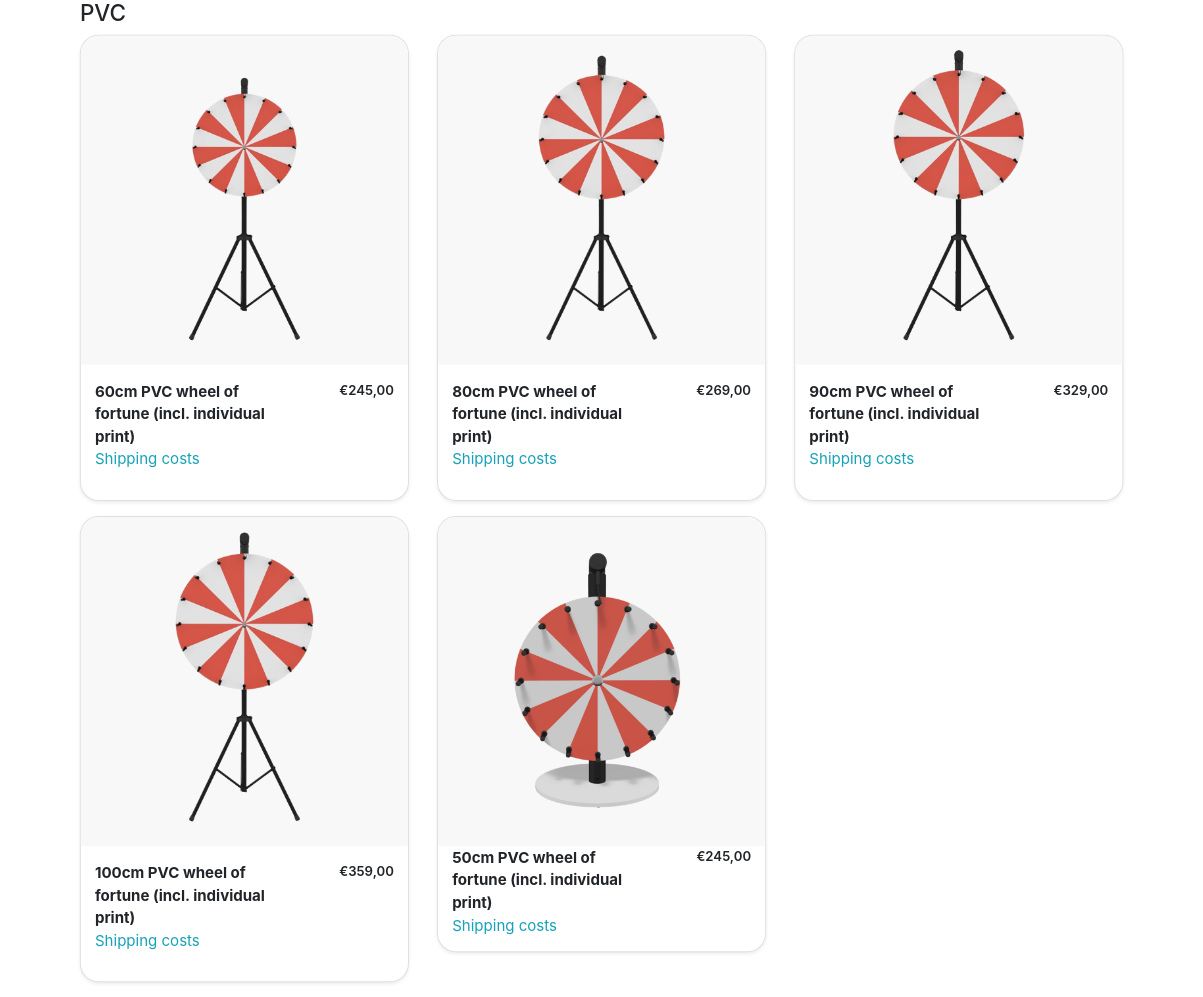
Repository: Awaisp-irfan/fahad-project
Page: pvc.html
These files come from the project's save history. The page is drawn as it stood at one moment and after the next save; the edit follows.
The browser window is 1280 px wide. The pictures show the whole page, at 94% of full size.

Above is the page before, as saved 2022-07-01 02:27:24.

### pvc.html
<!DOCTYPE html>
<html lang="en">
  <head>
    <meta charset="UTF-8" />
    <meta http-equiv="X-UA-Compatible" content="IE=edge" />
    <meta name="viewport" content="width=device-width, initial-scale=1.0" />
    <link
      rel="stylesheet"
      href="https://cdn.jsdelivr.net/npm/bootstrap@4.6.1/dist/css/bootstrap.min.css"
      integrity="sha384-zCbKRCUGaJDkqS1kPbPd7TveP5iyJE0EjAuZQTgFLD2ylzuqKfdKlfG/eSrtxUkn"
      crossorigin="anonymous"
    />

    <link rel="stylesheet" href="./style.css" />
    <title>Document</title>
  </head>
  <body>
    <div class="container">
      <div class="row">
        <div class="col-lg-12">
          <h4 class="heading">PVC</h4>
        </div>
      </div>

      <div class="row">
        <div class="col-lg-4 col-md-6 col-12 mb-3 ">
          <div class="card shadow-sm">
            <div class="img-div">
              <div class="cm60-img"></div>
            </div>
            <div class="cm60-content d-flex justify-content-between my-3">
              <div class="col-8">
                <p class="title">60cm PVC wheel of fortune (incl. individual print)</p>
                <p class="text-info">Shipping costs</p>
              </div>
              <div class="col-4 ">
                <p class="price">
                    €245,00
              </p></div>
            </div>
          </div>
        </div>
        <div class="col-lg-4 col-md-6 col-12 mb-3">
            <div class="card shadow-sm">
              <div class="img-div">
                <div class="cm80-img"></div>
              </div>
              <div class="cm60-content d-flex justify-content-between my-3">
                <div class="col-8">
                  <p class="title">80cm PVC wheel of fortune (incl. individual print)</p>
                  <p class="text-info">Shipping costs</p>
                </div>
                <div class="col-4 ">
                  <p class="price">
                      €269,00
                </p></div>
              </div>
            </div>
          </div>
          <div class="col-lg-4 col-md-6 col-12 mb-3">
            <div class="card shadow-sm">
              <div class="img-div">
                <div class="cm90-img"></div>
              </div>
              <div class="cm60-content d-flex justify-content-between my-3">
                <div class="col-8">
                  <p class="title">90cm PVC wheel of fortune (incl. individual print)</p>
                  <p class="text-info">Shipping costs</p>
                </div>
                <div class="col-4 ">
                  <p class="price">
                      €329,00
                </p></div>
              </div>
            </div>
          </div>
          <div class="col-lg-4 col-md-6 col-12 mb-3">
            <div class="card shadow-sm">
              <div class="img-div">
                <div class="cm100-img"></div>
              </div>
              <div class="cm60-content d-flex justify-content-between my-3">
                <div class="col-8">
                  <p class="title">100cm PVC wheel of fortune (incl. individual print)</p>
                  <p class="text-info">Shipping costs</p>
                </div>
                <div class="col-4 ">
                  <p class="price">
                      €359,00
                </p></div>
              </div>
            </div>
          </div>
          <div class="col-lg-4 col-md-6 col-12 mb-3">
            <div class="card shadow-sm">
              <div class="img-div">
                <div class="cm50-img"></div>
              </div>
              <div class="cm60-content d-flex justify-content-between my    -3">
                <div class="col-8">
                  <p class="title">50cm PVC wheel of fortune (incl. individual print)</p>
                  <p class="text-info">Shipping costs</p>
                </div>
                <div class="col-4 ">
                  <p class="price">
                      €245,00
                </p></div>
              </div>
            </div>
          </div>
      </div>
    </div>
  </body>
</html>

### style.css
/* range slieder styling starts  */


/* range slider styling ends */

.pvc{
    background-image: url(./assests/2289977149.jpg);
    background-size: cover;
    background-position: center;
    background-repeat: no-repeat;
    height: 100%;
    border-radius: 20px;
}

.col-lg-4>a > .img-div{
    height: 400px;
    border-radius: 20px;
}
.card{
    border-radius: 20px;
}
.card>.img-div{
    height: 350px;
    border-top-left-radius: 20px;
    border-top-right-radius: 20px;
    background-color: rgb(248, 248, 248);
}
.wooden{
    background-image: url(./assests/wooden.jpg);
    background-size: cover;
    background-position: center;
    background-repeat: no-repeat;
    height: 100%;
    border-radius: 20px;
}

.display{
    background-image: url(./assests/display.jpg);
    background-size: cover;
    background-position: center;
    background-repeat: no-repeat;
    height: 100%;
    border-radius: 20px;
}
.cm60-img{
    background: url(./assests/60cm_PVC-removebg-preview.png);

    background-size: cover;
    background-position: center;
    background-repeat: no-repeat;
    height: 100%;
    border-radius: 20px;
    width: 100%;
}

.cm80-img{
    background: url(./assests/80cm_PVC-removebg-preview.png);

    background-size: cover;
    background-position: center;
    background-repeat: no-repeat;
    height: 100%;
    border-radius: 20px;
}

.cm90-img{
    background: url(./assests/90cm_PVC-removebg-preview.png);

    background-size: cover;
    background-position: center;
    background-repeat: no-repeat;
    height: 100%;
    border-radius: 20px;
}
.cm100-img{
    background: url(./assests/100cm_PVC-removebg-preview.png);

    background-size: cover;
    background-position: center;
    background-repeat: no-repeat;
    height: 100%;
    border-radius: 20px;
}

.cm50-img{
    background: url(./assests//50cm\ PVC.png);

    background-size: cover;
    background-position: center;
    background-repeat: no-repeat;
    height: 100%;
    border-radius: 20px;
}

.display-wheel{
    background-image: url(./assests/display-removebg-preview.png);
    background-size: cover;
    background-position: center;
    background-repeat: no-repeat;
    height: 100%;
    border-radius: 20px;
}

.title{
    font-weight: bold;
    font-size: 16px;
    margin: 0;
    padding: 0;
}

.price{
    font-size: 14px;
    font-weight: 600;
    text-align: right;
    margin: 0;
    padding: 0;
}

/* test.html */
.main-img{
    background: url(./assests/100cm\ PVC.jpg);
    width: 100%;
    height: 100%;
}

.img-wrapper{
    height: 500px;

}

.card.fixedWheel:hover {
    cursor: pointer;
    border: 1px solid #000000;
    box-shadow: 5px 10px 10px #ccc;
}

.active {
    background-color: #000000;
    color: white;
    border:1px solid #fff
}

/* checkboxes */


.checked{
  background-color: #000000;
}
.tile{

  border: 1px solid #000000;
    margin :10px 7px;
    padding: 5px 10px;
    border-radius: 10px;

}

.img{
    background-image: url(./assests/construction-updated.svg);
    height: 70px;
    width: 150px;
}
input[type="checkbox"]{




    /* border-radius: 10px; */

    /* border: 3px solid transparent;
    outline: none;
    box-shadow: 15px 15px 25px rgba(2,28,53,0.05); */
}

input[type="checkbox"]:hover{
    transform: scale(1.08);
}
/* input[type="checkbox"]:checked label {
    background-color: #000;
} */

label{
    /* display: flex;
    flex-direction: column;
    align-items: center;
    justify-content: center;

    height: 80%;
    width: 100%;
    position: absolute;
     bottom: 0; */

    cursor: pointer;
}
label .fas{
    font-size: 60px;
    color: #2c2c51;
}
/* input[type="checkbox"]:checked + label .fas{
    animation: grow 0.5s;
} */
/* @keyframes grow{
    50%{
        font-size: 80px;
    }
} */
label h6{
    font-family: "Poppins",sans-serif;
    font-size: 15px;
    font-weight: 400;
    color: #7b7b93;
}


/* media queries */
@media (max-width : 768px) {
    .card>.img-div{
        height: 450px;

    }
}

After the next save:
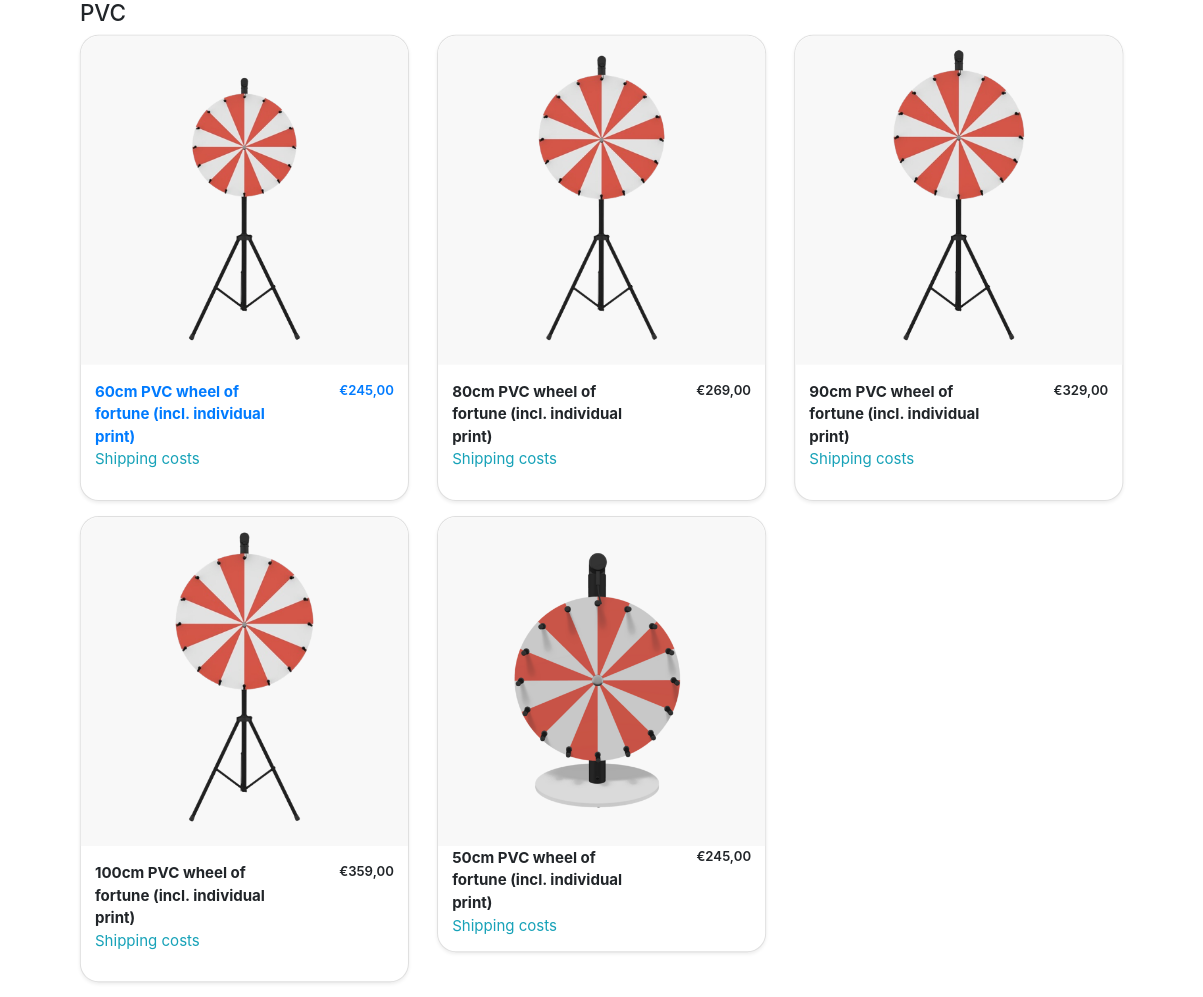
Saved 2 min 43 s later.
--- a/pvc.html
+++ b/pvc.html
@@ -23,7 +23,7 @@
       </div>
 
       <div class="row">
-        <div class="col-lg-4 col-md-6 col-12 mb-3 ">
+        <a href="./text.html" class="col-lg-4 col-md-6 col-12 mb-3  ">
           <div class="card shadow-sm">
             <div class="img-div">
               <div class="cm60-img"></div>
@@ -39,7 +39,7 @@
               </p></div>
             </div>
           </div>
-        </div>
+        </a>
         <div class="col-lg-4 col-md-6 col-12 mb-3">
             <div class="card shadow-sm">
               <div class="img-div">
